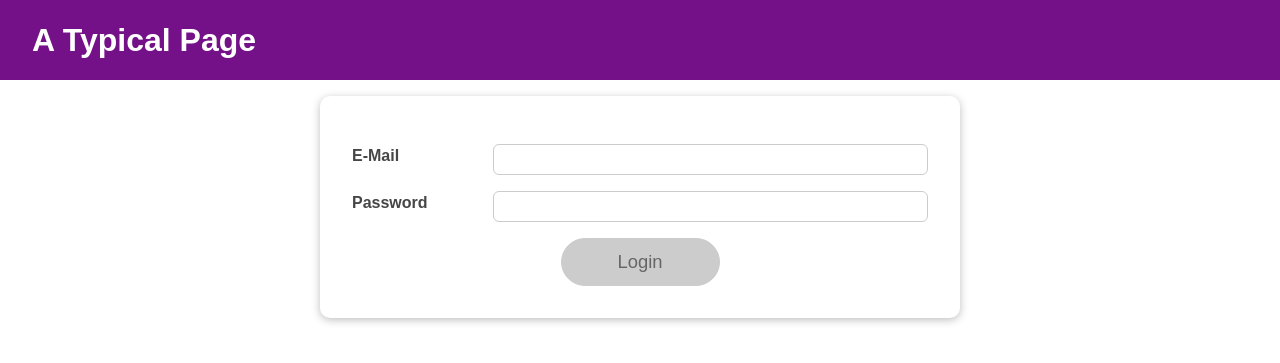
Repository: wenxi0504/React_login-UseEffect-
Page: /
An editor plug-in stored every save of this project. The page is shown before and after the next save, followed by the edit.
The browser window is 1280 px wide. The pictures show the whole page.
The project was rebuilt for these pictures with package versions that can differ from the ones it lists, and the page was loaded fresh each time. Also part of the build but not shown: src/components/Home/Home.module.css, src/components/Home/Home.js.

Above is the page before, as saved 2022-06-20 22:04:17.

### src/App.js
import React, { useState, useEffect, useContext } from "react";

import Login from "./components/Login/Login";
import Home from "./components/Home/Home";
import MainHeader from "./components/MainHeader/MainHeader";
import AuthContext from "./store/auth-context";

function App() {
  // const [isLoggedIn, setIsLoggedIn] = useState(false);

  // useEffect(() => {
  //   const storedUserLoggedInInfo = localStorage.getItem("isLoggedIn");
  //   if (storedUserLoggedInInfo === "1") {
  //     setIsLoggedIn(true);
  //   }
  // }, []);

  // useEffect(() => { }, []);

  // const loginHandler = (email, password) => {
  //   // We should of course check email and password
  //   // But it's just a dummy/ demo anyways

  //   setIsLoggedIn(true);
  // };

  // const logoutHandler = () => {
  //   setIsLoggedIn(false);
  // };

  const ctx = useContext(AuthContext);

  return (
    <React.Fragment>
      {/* <AuthContext.Provider
      value={{
        isLoggedIn: isLoggedIn,
        onLogout: logoutHandler,
      }}
    > */}
      {/* <MainHeader isAuthenticated={isLoggedIn} onLogout={logoutHandler} /> */}
      <MainHeader />
      <main>
        {/* {!isLoggedIn && <Login onLogin={loginHandler} />}
        {isLoggedIn && <Home onLogout={logoutHandler} />} */}

        {!ctx.isLoggedIn && <Login />}
        {ctx.isLoggedIn && <Home />}
      </main>
      {/* </AuthContext.Provider> */}
    </React.Fragment>
  );
}

export default App;

### src/store/auth-context.js
import React, { useState, useEffect } from "react";
// React.createContext("my state");

const AuthContext = React.createContext({
  isLoggedIn: false,
  // dummy function
  onLogout: () => {},
  onLogin: (email, password) => {},
});

export const AuthContextProvider = (props) => {
  const [isLoggedIn, setIsLoggedIn] = useState(false);

  useEffect(() => {
    const storedUserLoggedInInfo = localStorage.getItem("isLoggedIn");
    if (storedUserLoggedInInfo === "1") {
      setIsLoggedIn(true);
    }
  }, []);

  const logoutHandler = () => {
    localStorage.removeItem("isLoggedIn");
    setIsLoggedIn(false);
  };
  const loginHandler = () => {
    localStorage.setItem("isLoggedIn", "1");
    setIsLoggedIn(true);
  };
  return (
    <AuthContext.Provider
      value={{
        isLoggedIn: isLoggedIn,
        onLogout: logoutHandler,
        onLogin: loginHandler,
      }}
    >
      {props.children}
    </AuthContext.Provider>
  );
};
export default AuthContext;

### src/components/Login/Login.js
import React, { useState, useEffect, useReducer, useContext } from "react";

import Card from "../UI/Card/Card";
import classes from "./Login.module.css";
import Button from "../UI/Button/Button";
import AuthContext from "../../store/auth-context";
import Input from "../UI/Input/Input";

const Login = (props) => {
  // const [enteredEmail, setEnteredEmail] = useState("");
  // const [emailIsValid, setEmailIsValid] = useState();
  // const [enteredPassword, setEnteredPassword] = useState("");
  // const [passwordIsValid, setPasswordIsValid] = useState();
  const [formIsValid, setFormIsValid] = useState(false);

  const emailReducer = (state, action) => {
    if (action.type === "USER_INPUT") {
      return { value: action.val, isValid: action.val.includes("@") };
    }
    if (action.type === "INPUT_BLUR") {
      return { value: state.value, isValid: state.value.includes("@") };
    }
    return { value: "", isValid: false };
  };

  const passwordReducer = (state, action) => {
    if (action.type === "USER_INPUT") {
      return { value: action.val, isValid: action.val.trim().length > 6 };
    }
    if (action.type === "INPUT_BLUR") {
      return { value: state.value, isValid: state.value.trim().length > 6 };
    }
    return { value: "", isValid: false };
  };

  const [emailState, dispatchEmail] = useReducer(emailReducer, {
    value: "",
    isValid: null,
  });
  const [passwordState, dispatchPassword] = useReducer(passwordReducer, {
    value: "",
    isValid: null,
  });

  // useEffect(() => {
  //   console.log("Effect Running");
  //   return () => {
  //     console.log("Effect Cleanup");
  //   };
  // }, []);

  // alias assignment
  const { isValid: emailIsValid } = emailState;
  const { isValid: passwordIsValid } = passwordState;

  const authCtx = useContext(AuthContext);

  useEffect(() => {
    const identifier = setTimeout(() => {
      console.log("Checking form validity");
      setFormIsValid(emailIsValid && passwordIsValid);
    }, 500);

    return () => {
      console.log("Cleaning up");
      clearTimeout(identifier);
    };
  }, [emailIsValid, passwordIsValid]);

  const emailChangeHandler = (event) => {
    // setEnteredEmail(event.target.value);
    dispatchEmail({ type: "USER_INPUT", val: event.target.value });

    // setFormIsValid(event.target.value.includes("@") && passwordState.isValid);
  };

  const passwordChangeHandler = (event) => {
    // setEnteredPassword(event.target.value);
    dispatchPassword({ type: "USER_INPUT", val: event.target.value });

    setFormIsValid(emailState.isValid && event.target.value.trim().length > 6);
  };

  const validateEmailHandler = () => {
    // setEmailIsValid(emailState.isValid);
    dispatchEmail({ type: "INPUT_BLUR" });
  };

  const validatePasswordHandler = () => {
    // setPasswordIsValid(enteredPassword.trim().length > 6);
    dispatchPassword({ type: "INPUT_BLUR" });
  };

  const submitHandler = (event) => {
    event.preventDefault();
    authCtx.onLogin(emailState.value, passwordState.value);
  };

  return (
    <Card className={classes.login}>
      <form onSubmit={submitHandler}>
        {/* <div
          className={`${classes.control} ${
            emailState.isValid === false ? classes.invalid : ""
          }`}
        >
          <label htmlFor="email">E-Mail</label>
          <input
            type="email"
            id="email"
            value={emailState.value}
            onChange={emailChangeHandler}
            onBlur={validateEmailHandler}
          />
        </div> */}
        <Input
          id="email"
          label="E-Mail"
          type="email"
          isValid={emailIsValid}
          value={emailState.value}
          onChange={emailChangeHandler}
          onBlur={validateEmailHandler}
        />
        {/* <div
          className={`${classes.control} ${
            passwordState.isValid === false ? classes.invalid : ""
          }`}
        >
          <label htmlFor="password">Password</label>
          <input
            type="password"
            id="password"
            value={passwordState.value}
            onChange={passwordChangeHandler}
            onBlur={validatePasswordHandler}
          />
        </div> */}
        <Input
          id="password"
          label="Password"
          type="password"
          isValid={passwordIsValid}
          value={passwordState.value}
          onChange={passwordChangeHandler}
          onBlur={validatePasswordHandler}
        />
        <div className={classes.actions}>
          <Button type="submit" className={classes.btn} disabled={!formIsValid}>
            Login
          </Button>
        </div>
      </form>
    </Card>
  );
};

export default Login;

### src/components/MainHeader/MainHeader.js
import React from "react";

import Navigation from "./Navigation";
import classes from "./MainHeader.module.css";

const MainHeader = (props) => {
  return (
    <header className={classes["main-header"]}>
      <h1>A Typical Page </h1>
      <Navigation />
    </header>
  );
};

export default MainHeader;

### src/components/Login/Login.module.css
.login {
  width: 90%;
  max-width: 40rem;
  margin: 2rem auto;
  padding: 2rem;
}

.control {
  margin: 1rem 0;
  display: flex;
  align-items: stretch;
  flex-direction: column;
}

.control label,
.control input {
  display: block;
}

.control label {
  font-weight: bold;
  flex: 1;
  color: #464646;
  margin-bottom: 0.5rem;
}

.control input {
  flex: 3;
  font: inherit;
  padding: 0.35rem 0.35rem;
  border-radius: 6px;
  border: 1px solid #ccc;
}

.control input:focus {
  outline: none;
  border-color: #4f005f;
  background: #f6dbfc;
}

.control.invalid input {
  border-color: red;
  background: #fbdada;
}

.actions {
  text-align: center;
}

@media (min-width: 768px) {
  .control {
    align-items: center;
    flex-direction: row;
  }

}

### src/components/MainHeader/Navigation.js
import React, { useContext } from "react";

import classes from "./Navigation.module.css";
import AuthContext from "../../store/auth-context";

const Navigation = () => {
  const ctx = useContext(AuthContext);
  return (
    // <AuthContext.Consumer>
    //   {(ctx) => {
    //     return (
    //       <nav className={classes.nav}>
    //         <ul>
    //           {/* {props.isLoggedIn && ( */}
    //           {ctx.isLoggedIn && (
    //             <li>
    //               <a href="/">Users</a>
    //             </li>
    //           )}
    //           {ctx.isLoggedIn && (
    //             <li>
    //               <a href="/">Admin</a>
    //             </li>
    //           )}
    //           {ctx.isLoggedIn && (
    //             <li>
    //               <button onClick={props.onLogout}>Logout</button>
    //             </li>
    //           )}
    //         </ul>
    //       </nav>
    //     );
    //   }}
    // </AuthContext.Consumer>

    <nav className={classes.nav}>
      <ul>
        {ctx.isLoggedIn && (
          <li>
            <a href="/">Users</a>
          </li>
        )}
        {ctx.isLoggedIn && (
          <li>
            <a href="/">Admin</a>
          </li>
        )}
        {ctx.isLoggedIn && (
          <li>
            <button onClick={ctx.onLogout}>Logout</button>
          </li>
        )}
      </ul>
    </nav>
  );
};

export default Navigation;

### src/components/UI/Input/Input.module.css
.login {
    width: 90%;
    max-width: 40rem;
    margin: 2rem auto;
    padding: 2rem;
}

.control {
    margin: 1rem 0;
    display: flex;
    align-items: stretch;
    flex-direction: column;
}

.control label,
.control input {
    display: block;
}

.control label {
    font-weight: bold;
    flex: 1;
    color: #464646;
    margin-bottom: 0.5rem;
}

.control input {
    flex: 3;
    font: inherit;
    padding: 0.35rem 0.35rem;
    border-radius: 6px;
    border: 1px solid #ccc;
}

.control input:focus {
    outline: none;
    border-color: #4f005f;
    background: #f6dbfc;
}

.control.invalid input {
    border-color: red;
    background: #fbdada;
}

@media (min-width: 768px) {
    .control {
        align-items: center;
        flex-direction: row;
    }

}

Loaded but not shown: public/index.html (common file); src/index.js (common file); src/index.css (common file); src/components/UI/Card/Card.js (common file); src/components/UI/Button/Button.js (common file); src/components/UI/Input/Input.js (common file); src/components/MainHeader/MainHeader.module.css (common file); src/components/UI/Card/Card.module.css (common file); src/components/UI/Button/Button.module.css (common file); src/components/MainHeader/Navigation.module.css (common file)

After the next save:
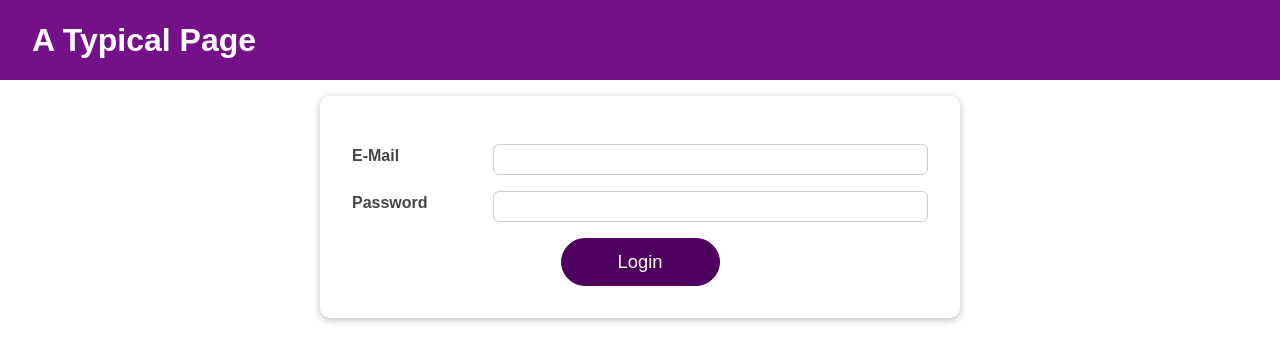
Saved 7 min 4 s later.
--- a/src/components/Login/Login.js
+++ b/src/components/Login/Login.js
@@ -146,7 +146,7 @@ const Login = (props) => {
           onBlur={validatePasswordHandler}
         />
         <div className={classes.actions}>
-          <Button type="submit" className={classes.btn} disabled={!formIsValid}>
+          <Button type="submit" className={classes.btn}>
             Login
           </Button>
         </div>
